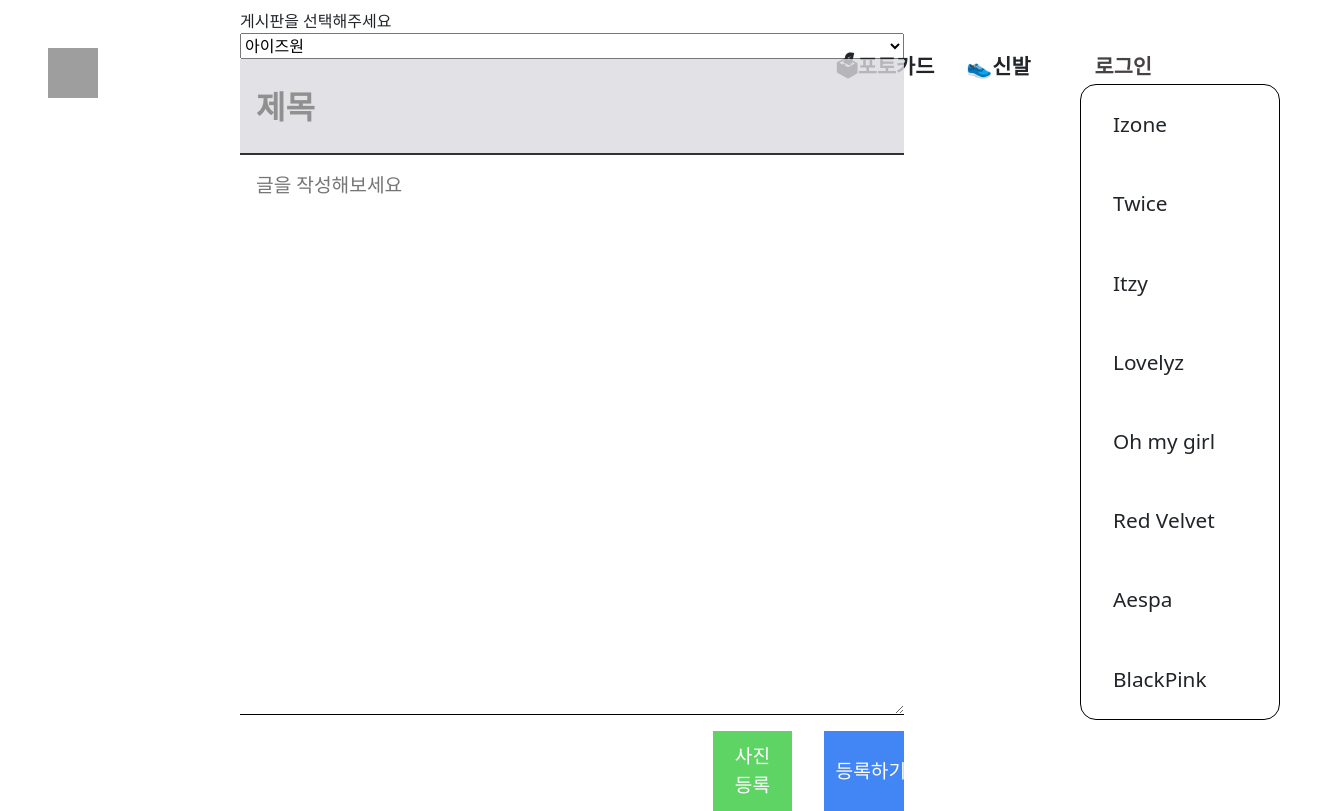
Repository: hwangstar156/goods-trader
Page: /write
An editor plug-in stored every save of this project. The page is shown before and after the next save, followed by the edit.
The browser window is 1280 px wide. The page is 1328 px wide, so the pictures cover 1328 px, including what lies to the right of the window. The pictures show the whole page.
Pictures or frames that could not be fetched are drawn as grey boxes. Some web libraries are served in a nearby version. The project was rebuilt for these pictures with package versions that can differ from the ones it lists, and the page was loaded fresh each time. Also part of the build but not shown: src/App.css, src/component/sign-up/sign-up.component.jsx, src/component/sign-in/sign-in.styles.scss, src/component/sign-in/sign-in.component.jsx, src/component/with-spinner/withSpinner.styles.scss, src/component/with-spinner/withSpinner.component.jsx, src/pages/userprofile/userprofile.styles.scss, src/pages/userprofile/userprofile.utils.js and 7 more.

Above is the page before, as saved 2021-09-05 17:56:58.

### public/index.html
<!DOCTYPE html>
<html lang="en">
  <head>
    <meta charset="utf-8" />
    <link rel="icon" href="%PUBLIC_URL%/favicon.ico" />
    <meta name="viewport" content="width=device-width, initial-scale=1" />
    <meta name="theme-color" content="#000000" />
    <meta
      name="description"
      content="Web site created using create-react-app"
    />
    <link rel="apple-touch-icon" href="%PUBLIC_URL%/logo192.png" />

    <link rel="manifest" href="%PUBLIC_URL%/manifest.json" />
    <script src="https://kit.fontawesome.com/08c91e1c0e.js" crossorigin="anonymous"></script>
    <title>Goods trader</title>
  </head>
  <body>
    <div id="root"></div>
  </body>
</html>

### src/index.js
import React from "react";
import ReactDOM from "react-dom";
import "./index.css";
import App from "./App";
import reportWebVitals from "./reportWebVitals";
import { BrowserRouter } from "react-router-dom";
import { PersistGate } from "redux-persist/integration/react";
import { store, persistor } from "./redux/store";
import { Provider } from "react-redux";
import "bootstrap/dist/css/bootstrap.min.css";
ReactDOM.render(
  <Provider store={store}>
    <BrowserRouter>
      <PersistGate persistor={persistor}>
        <App />
      </PersistGate>
    </BrowserRouter>
  </Provider>,

  document.getElementById("root")
);

// If you want to start measuring performance in your app, pass a function
// to log results (for example: reportWebVitals(console.log))
// or send to an analytics endpoint. Learn more: https://bit.ly/CRA-vitals
reportWebVitals();

### src/App.js
import "./App.css";
import { Switch, Route, Redirect } from "react-router-dom";
import SignUpPage from "./component/sign-up/sign-up.component";
import SignInPage from "./component/sign-in/sign-in.component";
import UserProfileContainer from "./pages/userprofile/userprofile.container";
import React, { useEffect } from "react";
import Header from "./component/header/header.component";
import HomePage from "./pages/homepage.component";
import { useDispatch, useSelector } from "react-redux";
import { selectCurrentUser } from "./redux/user/user.selector";
import { checkUserSession } from "./redux/user/user.action";
import WritePage from "./pages/write/write.pages";
const App = () => {
  const currentUser = useSelector(selectCurrentUser);
  const dispatch = useDispatch();

  useEffect(() => {
    dispatch(checkUserSession());
  }, [dispatch]);
  return (
    <>
      <Header />
      <Switch>
        <Route exact path="/" render={() => <HomePage />} />
        <Route exact path="/signup" component={SignUpPage} />
        <Route
          exact
          path="/signin"
          render={() => (currentUser ? <Redirect to="/" /> : <SignInPage />)}
        />
        <Route exact path="/profile" component={UserProfileContainer}></Route>
        <Route exact path="/write" component={WritePage}></Route>
      </Switch>
    </>
  );
};

export default App;

### src/redux/store.js
import { createStore, applyMiddleware } from "redux";
import logger from "redux-logger";
import { persistStore } from "redux-persist";
import rootReducer from "./root-redux";
import { composeWithDevTools } from "redux-devtools-extension";
import createSagaMiddleware from "redux-saga";
import rootSaga from "./root-saga";

const sagaMiddleware = createSagaMiddleware();
const middlewares = [logger, sagaMiddleware];

const store = createStore(
  rootReducer,
  composeWithDevTools(applyMiddleware(...middlewares))
);
sagaMiddleware.run(rootSaga);
const persistor = persistStore(store);

export { store, persistor };

### src/pages/userprofile/userprofile.container.jsx
import WithSpinner from "../../component/with-spinner/withSpinner.component";
import UserProfilePage from "./userprofile.pages";
import { compose } from "redux";
import { connect } from "react-redux";
import { createStructuredSelector } from "reselect";
import { selectUserFetching } from "../../redux/user/user.selector";

const mapStateToProps = createStructuredSelector({
  isLoading: selectUserFetching,
});

const UserProfileContainer = compose(
  connect(mapStateToProps),
  WithSpinner
)(UserProfilePage);

export default UserProfileContainer;

### src/component/header/header.component.jsx
import React from "react";
import ProfileIcon from "../userprofile/profileicon.component";
import { Link, useHistory } from "react-router-dom";
import "./header.styles.scss";
import { useSelector } from "react-redux";
import {
  selectCurrentUser,
  selectUserLoggedIn,
} from "../../redux/user/user.selector";

const Header = () => {
  const currentUser = useSelector(selectCurrentUser);
  const isLoggedIn = useSelector(selectUserLoggedIn);
  const history = useHistory();
  const handleLogoClick = () => {
    history.push("/");
  };

  return (
    <>
      <div className="header-container">
        <div className="logo" onClick={handleLogoClick}>
          <img
            src="https://www.freepnglogos.com/uploads/logo-website-png/logo-website-file-globe-icon-svg-wikimedia-commons-21.png"
            alt=""
            className="logo-img"
          />
        </div>
        <div className="header-element">
          {isLoggedIn ? (
            <Link className="header-write" to="/write">
              📝글쓰기
            </Link>
          ) : null}

          <div className="header-photocard">🗳포토카드</div>
          <div className="header-sneakers">👟신발</div>
          {currentUser ? (
            <ProfileIcon />
          ) : (
            <Link to="/signin" className="sign-in-btn">
              로그인
            </Link>
          )}
        </div>
      </div>
    </>
  );
};

export default Header;

### src/redux/user/user.selector.js
import { createSelector } from "reselect";

const selectUser = (state) => state.user;

export const selectCurrentUser = createSelector(
  [selectUser],
  (user) => user.currentUser
);

export const selectUserError = createSelector(
  [selectUser],
  (user) => user.error
);

export const selectUserFetching = createSelector(
  [selectUser],
  (user) => user.isFetching
);

export const selectUserLoggedIn = createSelector(
  [selectUser],
  (user) => user.isLoggedIn
);

### src/redux/user/user.action.js
import { UserActionTypes } from "./user.types";

export const googleSignInStart = () => ({
  type: UserActionTypes.GOOGLE_SIGN_IN_START,
});

export const emailSignInStart = (emailAndPassword) => ({
  type: UserActionTypes.EMAIL_SIGN_IN_START,
  payload: emailAndPassword,
});

export const signInSuccess = (user) => ({
  type: UserActionTypes.SIGN_IN_SUCCESS,
  payload: user,
});

export const signInFailure = (err) => ({
  type: UserActionTypes.SIGN_IN_FAILURE,
  payload: err,
});

export const checkUserSession = () => ({
  type: UserActionTypes.CHECK_USER_SESSION,
});

export const signOutStart = () => ({
  type: UserActionTypes.SIGN_OUT_START,
});

export const signOutSuccess = () => ({
  type: UserActionTypes.SIGN_OUT_SUCCESS,
});

export const signOutFailure = (err) => ({
  type: UserActionTypes.SIGN_OUT_FAILURE,
  payload: err,
});

export const signUpStart = (userObj) => ({
  type: UserActionTypes.SIGN_UP_START,
  payload: userObj,
});

export const signUpSuccess = ({ user, additionalData }) => ({
  type: UserActionTypes.SIGN_UP_SUCCESS,
  payload: { user, additionalData },
});

export const signUpFailure = (err) => ({
  type: UserActionTypes.SIGN_UP_FAILURE,
  payload: err,
});

export const refreshUserStart = () => ({
  type: UserActionTypes.REFRESH_USER_START,
});

export const refreshUserSuccess = (user) => ({
  type: UserActionTypes.REFRESH_USER_SUCCESS,
  payload: user,
});

export const refreshUserFailure = (err) => ({
  type: UserActionTypes.REFRESH_USER_FAILURE,
  payload: err,
});

### src/pages/write/write.pages.jsx
import React from "react";
import { useState } from "react";
import { useSelector } from "react-redux";
import { firestore, storageRef } from "../../firebase/firebase.utils";
import { selectCurrentUser } from "../../redux/user/user.selector";
import { v4 as uuidv4 } from "uuid";
import { useRef } from "react";
import MenuAside from "../../component/menu-aside/menu-aside.component";
import "github-markdown-css";
import "./write.styles.scss";
import { selectIdols } from "../../redux/idol/idol.selector";
const WritePage = () => {
  const imgRef = useRef(null);
  const currentUser = useSelector(selectCurrentUser);
  const idolCollection = useSelector(selectIdols);
  const [text, setText] = useState({
    headText: "",
    mainText: "",
  });
  const [file, setFile] = useState("");
  const { headText, mainText } = text;

  const onSubmit = async (e) => {
    e.preventDefault();
    let fileUrl = "";
    const fileRef = storageRef.child(`${currentUser.id}/${uuidv4()}`);
    const responce = await fileRef.put(file);

    console.log(responce);
    responce.ref.getDownloadURL().then((url) => {
      fileUrl = url;
      imgRef.current.src = url;
    });

    const writing = {
      headText,
      mainText,
      createAt: Date.now(),
      fileUrl,
    };
    firestore.collection("writings").add(writing);
    setFile("");
    setText({
      ...text,
      headText: "",
      mainText: "",
    });
  };

  const onChangeTextInput = (e) => {
    const name = e.target.name;
    setText({
      ...text,
      [name]: e.target.value,
    });
  };

  const onChangeFiles = (e) => {
    const theFile = e.target.files[0];
    if (!theFile) {
      return;
    }
    if (!theFile.type.match(/image.*/)) {
      return;
    }
    setFile(theFile);
  };

  const onChangeSelectIdol = (e) => {};

  return (
    <div className="write-container">
      <form onSubmit={onSubmit} className="inputs-form">
        <label htmlFor="">게시판을 선택해주세요</label>
        <select
          name="idol"
          id="select-collection"
          onChange={onChangeSelectIdol}
          className="idol-selector"
        >
          {idolCollection.map(({ id, title }) => (
            <option key={id} value={title}>
              {title}
            </option>
          ))}
        </select>
        <input
          type="text"
          name="headText"
          className="head-input"
          value={headText}
          placeholder="제목"
          onChange={onChangeTextInput}
        />
        <textarea
          type="text"
          placeholder="글을 작성해보세요"
          className="main-input"
          name="mainText"
          value={mainText}
          onChange={onChangeTextInput}
        />
        <input
          type="file"
          accept="image/*"
          onChange={onChangeFiles}
          className="file-input"
        />
        <footer className="footer-element">
          <button type="button" className="file-btn">
            사진 등록
          </button>
          <input type="submit" className="submit-btn" value="등록하기" />
        </footer>
      </form>
      <MenuAside className="menu-aside" />
      <div className="image-preview">
        <img src="" alt="" ref={imgRef} />
      </div>
    </div>
  );
};

export default WritePage;

### src/redux/root-redux.js
import { combineReducers } from "redux";
import { persistReducer } from "redux-persist";
import storage from "redux-persist/lib/storage";
import idolReducer from "./idol/idol.reducer";
import userReducer from "./user/user.reducer";
const persistConfig = {
  key: "root",
  storage,
  whitelist: ["cart"],
};

const rootReducer = combineReducers({
  user: userReducer,
  idol: idolReducer,
});

export default persistReducer(persistConfig, rootReducer);

### src/redux/root-saga.js
import { all, call } from "redux-saga/effects";
import { userSagas } from "./user/user.saga";
export default function* rootSaga() {
  yield all([call(userSagas)]);
}

### src/component/sign-up/sign-up.styles.scss
@import url("https://fonts.googleapis.com/css2?family=Poppins&display=swap");
@import url("https://fonts.googleapis.com/css2?family=Jua&display=swap");

* {
  box-sizing: content-box;
  margin: 0;
}
.sign-up-page {
  width: 100%;
  height: 100vh;
  font-family: "Jua", sans-serif;
  & .form-input {
    display: flex;
    flex-direction: column;
    width: 35%;
    justify-content: center;
    margin: 0 auto;
    margin-top: 4rem;
    background-color: skyblue;
    padding: 3rem;
    border-radius: 1rem;

    & h3 {
      font-size: 2rem;
      text-align: center;
      color: black;
    }

    & .sign-up-input {
      margin-top: 2rem;
      height: 3rem;
      background-color: lightgray;
      border: 1px solid black;
      border-radius: 0.5rem;
      font-size: 1rem;
      letter-spacing: 0.1rem;
      padding-left: 1rem;
      &::placeholder {
        letter-spacing: normal;
        font-size: 80%;
        opacity: 1;
      }
    }
  }

  & .sign-up-title {
    display: flex;
    font-style: italic;
    padding-top: 3rem;
    font-size: 3em;

    color: tomato;
    justify-content: center;

    & strong {
      color: blue;
    }
  }

  & .submit-btn {
    width: 20%;
    margin: 4rem auto 0 auto;
    padding: 1rem;
    border-radius: 1.5rem;
    border: transparent;
    background-color: #4285f4;
    color: white;
    font-size: 1rem;

    &:hover {
      cursor: pointer;
      background-color: #357ae8;
    }
  }
}

### src/component/header/header.styles.scss
@import url("https://fonts.googleapis.com/css2?family=Jua&display=swap");

.header-container {
  display: flex;
  position: relative;
  left: 3rem;
  top: 3rem;
  & .logo-img {
    width: 50px;
    height: 50px;
    cursor: pointer;
  }

  & .header-element {
    display: flex;
    position: absolute;
    right: 11rem;
    font-size: 1.3rem;
    line-height: 40px;
    font-weight: 600;
    font-family: "Jua", sans-serif;

    & .header-write {
      text-decoration: none;
      color: rgb(71, 66, 66);
    }

    & .sign-in-btn {
      text-decoration: none;
      color: rgb(71, 66, 66);
    }
    & .header-write {
      margin-right: 2rem;
    }

    & .header-photocard {
      margin-right: 2rem;
    }

    & .header-sneakers {
      margin-right: 4rem;
    }
  }
}

### src/redux/user/user.types.js
export const UserActionTypes = {
  GOOGLE_SIGN_IN_START: "GOOGLE_SIGN_IN_START",
  EMAIL_SIGN_IN_START: "EMAIL_SIGN_IN_START",
  SIGN_IN_SUCCESS: "SIGN_IN_SUCCESS",
  SIGN_IN_FAILURE: "SIGN_IN_FAILURE",
  CHECK_USER_SESSION: "CHECK_USER_SESSION",
  SIGN_OUT_START: "SIGN_OUT_START",
  SIGN_OUT_SUCCESS: "SIGN_OUT_SUCCESS",
  SIGN_OUT_FAILURE: "SIGN_OUT_FAILURE",
  SIGN_UP_START: "SIGN_UP_START",
  SIGN_UP_SUCCESS: "SIGN_UP_SUCCESS",
  SIGN_UP_FAILURE: "SIGN_UP_FAILURE",
  CHANGE_USER_IMAGE: "CHANGE_USER_IMAGE",
  REFRESH_USER_START: "REFRESH_USER_START",
  REFRESH_USER_SUCCESS: "REFRESH_USER_REFRESH_USER_SUCCESS",
  REFRESH_USER_FAILURE: "REFRESH_USER_FAILURE",
};

### src/component/menu-aside/menu-aside.component.jsx
import React from "react";
import "./menu-aside.styles.scss";
const MenuAside = () => {
  return (
    <aside>
      <ul className="menu-aside">
        <li>Izone</li>
        <li>Twice</li>
        <li>Itzy</li>
        <li>Lovelyz</li>
        <li>Oh my girl</li>
        <li>Red Velvet</li>
        <li>Aespa</li>
        <li>BlackPink</li>
      </ul>
    </aside>
  );
};

export default MenuAside;

### src/pages/write/write.styles.scss
.write-container {
  height: 100vh;
  display: flex;
  justify-content: center;
  align-items: center;



  & .inputs-form {
    display: flex;
    flex-direction: column;
    margin-left: 15rem;
    margin-right: 6rem;
    width: 900px;
    & .head-input {
      height: 6rem;
      border: none;
      border-bottom: 2px solid black;
      background-color: rgb(218, 218, 224);
      opacity: 0.8;
      padding-left: 1rem;
      font-weight: 600;
      font-size: 2rem;
      &:focus {
        outline: none;
      }
    }

    & .main-input {
      border: none;
      border-bottom: 1px solid black;
      height: 35rem;
      padding: 1rem 0 0 1rem;
      font-size: 1.2rem;
      &:focus {
        outline: none;
      }
    }

     & .file-input{
         display: none;
     }
    & .footer-element{
        display: flex;
        & .file-btn{
            width: 12%;
            padding: 0.7rem;
            margin-left: auto;
            margin-top: 1rem;
            margin-right: 2rem;
            color: white;
            border: none;
            font-size: 1.2rem;
            background-color: #5ed464;
            &:hover{
                background-color: #45be4b;
            }
        }
        & .submit-btn{
            width: 12%;
            padding: 0.7rem;
            margin-top: 1rem;
            color: white;
            border: none;
            font-size: 1.2rem;
            background-color: #4285f4;
            &:hover{
                background-color: #357ae8;
            }
        }
    }
  }
}

### src/redux/idol/idol.selector.js
import { createSelector } from "reselect";

const selectIdol = (state) => state.idol;

export const selectIdols = createSelector(
  [selectIdol],
  (idol) => idol.sections
);

### src/redux/idol/idol.reducer.js
import idolData from "./idol.data";
import IdolTypeActions from "./idol.type";
const idolReducer = (state = idolData, action) => {
  switch (action.type) {
    case IdolTypeActions.CHANGE_IMAGE_SIZE:
      return {
        ...state,
        imageUrl: action.payload,
      };
    default:
      return state;
  }
};

export default idolReducer;

### src/redux/user/user.reducer.js
import { UserActionTypes } from "./user.types";

const INITIAL_STATE = {
  currentUser: null,
  error: null,
  isFetching: true,
  isLoggedIn: false,
};

const userReducer = (state = INITIAL_STATE, action) => {
  switch (action.type) {
    case UserActionTypes.REFRESH_USER_START:
    case UserActionTypes.CHECK_USER_SESSION:
      return {
        ...state,
        isFetching: true,
      };
    case UserActionTypes.REFRESH_USER_SUCCESS:
    case UserActionTypes.SIGN_IN_SUCCESS:
      return {
        ...state,
        currentUser: action.payload,
        error: null,
        isFetching: false,
        isLoggedIn: true,
      };
    case UserActionTypes.SIGN_OUT_SUCCESS:
      return {
        ...state,
        currentUser: null,
        error: null,
        isLoggedIn: false,
      };
    case UserActionTypes.REFRESH_USER_FAILURE:
    case UserActionTypes.SIGN_IN_FAILURE:
    case UserActionTypes.SIGN_OUT_FAILURE:
    case UserActionTypes.SIGN_UP_FAILURE:
      return {
        ...state,
        error: action.payload,
      };
    default:
      return state;
  }
};

export default userReducer;

### src/component/menu-aside/menu-aside.styles.scss
.menu-aside {
    list-style: none;
    min-width: 200px;
    margin-left: 5rem;
    border-radius: 1rem;
    border: 1px solid black;
    padding-left: 0;

    & li {
        margin-left: 0;
      padding: 1.5rem 0 1.5rem 2rem;
      font-size: 1.3rem;
      border-radius: 1rem;
      &:hover{
          background-color: rgb(169, 169, 255);
          color: white;
        cursor:pointer;
      }
    }
  }

### src/redux/idol/idol.data.js
const idolData = {
  sections: [
    {
      title: "아이즈원",
      imageUrl:
        "https://data.ygosu.com/editor/attach/20190226/20190226183618_zltermyq.png",
      id: 1,
      linkUrl: "collection/izone",
    },
    {
      title: "트와이스",
      imageUrl: "https://pbs.twimg.com/media/Cy3Wj-5UAAAnKhC.jpg",
      id: 2,
      linkUrl: "collection/twice",
    },
    {
      title: "itzy",
      imageUrl: "https://t1.daumcdn.net/cfile/tistory/998490455C7ABBF703",
      id: 3,
      linkUrl: "collection/itzy",
    },
    {
      title: "러블리즈",
      imageUrl: "https://pbs.twimg.com/media/DNoNIHMUEAAQRai.jpg:large",
      id: 4,
      linkUrl: "collection/lovelyz",
    },
    {
      title: "오마이걸",
      imageUrl:
        "https://blog.kakaocdn.net/dn/tegj9/btqyuFpCiAj/KCKVi3ABV1KA1duQLSm1c1/img.jpg",
      id: 5,
      linkUrl: "collection/omygirl",
    },
    {
      title: "레드벨벳",
      imageUrl:
        "https://blog.kakaocdn.net/dn/bvtVxD/btqMfhWcXgE/anTtVfo6r12XiVNOLuhlkK/img.png",
      id: 6,
      linkUrl: "collection/redvelvet",
    },
    {
      title: "에스파",
      imageUrl: "https://pbs.twimg.com/media/Er64LL-VQAA708Y.jpg",
      id: 7,
      linkUrl: "collection/aespa",
    },
    {
      title: "블랙핑크",
      imageUrl:
        "https://www.wallpapertip.com/wmimgs/96-966442_blackpink-hd.jpg",
      id: 8,
      linkUrl: "collection/blackpink",
    },
  ],
};

export default idolData;

### src/redux/idol/idol.type.js
const IdolTypeActions = {
  CHANGE_IMAGE_SIZE: "CHANGE_IMAGE_SIZE",
};

export default IdolTypeActions;

### src/menu-item/menu-item.styles.scss
* {
  box-sizing: content-box;
  margin: 0;
}

.menu-item {
  overflow: hidden;
  min-width: 30%;
  &:hover {
    cursor: pointer;

    & .background-image {
      transform: scale(1.04);
      transition: transform 2s cubic-bezier(0.25, 0.45, 0.45, 0.95);

      & .content {
        opacity: 0.9;
      }
    }
  }
  & .background-image {
    position: relative;
    height: 700px;

    background-size: cover;
    background-repeat: no-repeat;
    background-position: center;

    & .content {
      position: absolute;
      width: 7.5rem;
      height: 7.5rem;
      display: flex;
      flex-direction: column;
      align-items: center;
      justify-content: center;
      border: 1px solid black;
      top: 50%;
      left: 50%;
      background-color: white;
      opacity: 0.7;
      transform: translate(-50%, -50%);
      border-radius: 0.5rem;
      & .title {
        font-weight: bold;
        margin: 0 3px 0;
        font-size: 20px;
        color: #4a4a4a;
        font-family: sans-serif;
      }
    }
  }
}

Loaded but not shown: src/index.css (common file); src/reportWebVitals.js (common file); src/redux/user/user.saga.js (119 lines, source omitted); src/firebase/firebase.utils.js (87 lines, source omitted)

After the next save:
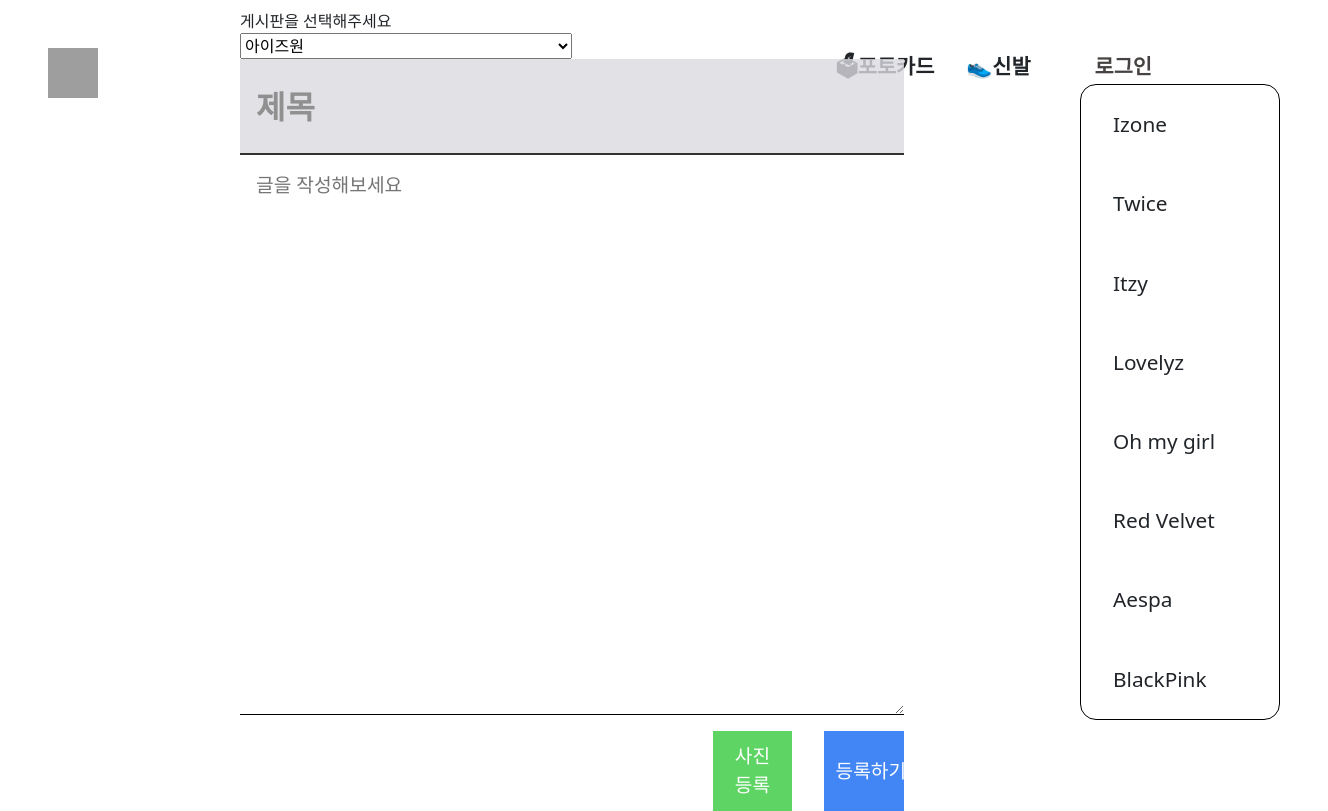
Saved 19 s later.
--- a/src/pages/write/write.styles.scss
+++ b/src/pages/write/write.styles.scss
@@ -12,6 +12,9 @@
     margin-left: 15rem;
     margin-right: 6rem;
     width: 900px;
+    & .idol-selector{
+        width: 50%;
+    }
     & .head-input {
       height: 6rem;
       border: none;
